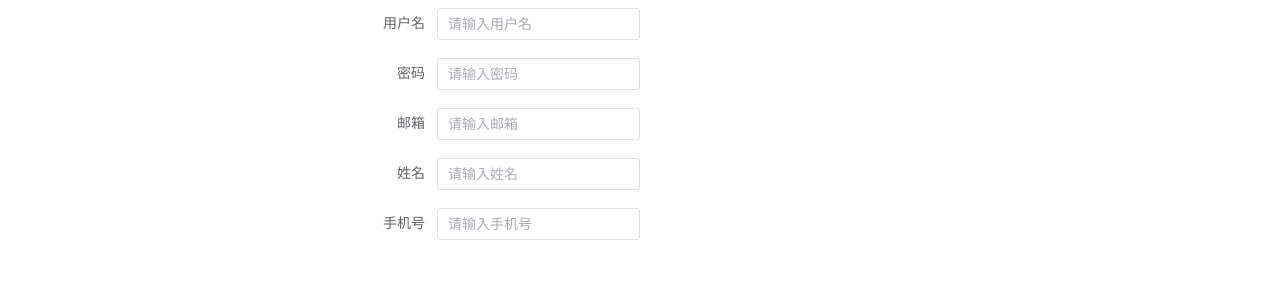
Repository: Mickey1216/yzkj_login_demo
Page: /register
The author's editor kept a copy of each file at every save. The page is drawn from the files as they stood at one save, then again after a run of saves.
The browser window is 1280 px wide. The pictures show the whole page.
The project was rebuilt for these pictures with package versions that can differ from the ones it lists, and the page was loaded fresh each time. Also part of the build but not shown: vite.config.js, src/views/Login.vue.

Above is the page before, as saved 2023-07-04 14:49:35.

### src/main.js
import './assets/main.css'
import { createApp } from 'vue'
import App from './App.vue'
import router from './router'
import ElementPlus from 'element-plus'
import 'element-plus/dist/index.css'

const app = createApp(App)
app.use(router)
app.use(ElementPlus)
app.mount('#app')

### src/assets/main.css
#app {
  max-width: 1280px;
  margin: 0 auto;
  padding: 2rem;

  font-weight: normal;
}

a,
.green {
  text-decoration: none;
  color: hsla(160, 100%, 37%, 1);
  transition: 0.4s;
}

@media (hover: hover) {
  a:hover {
    background-color: hsla(160, 100%, 37%, 0.2);
  }
}

@media (min-width: 1024px) {
  body {
    display: flex;
    place-items: center;
  }

  #app {
    display: grid;
    grid-template-columns: 1fr 1fr;
    padding: 0 2rem;
  }
}

### src/App.vue
<template>
  <div class="ct">
    <routerView/>
  </div>
</template>

<script setup>

</script>

<style scoped>

</style>

### src/router/index.js
import { createRouter, createWebHistory } from 'vue-router'
import RegisterView from '../views/Register.vue'
import LoginView from '../views/Login.vue'

const router = createRouter({
  history: createWebHistory(import.meta.env.BASE_URL),
  routes: [
    {
      path: '/register',
      name: 'home',
      component: RegisterView
    },
    {
      path: '/login',
      name: 'login',
      component: LoginView
    }
  ]
})

export default router

### src/views/Register.vue
<template>
  <el-form :model="form" label-width="120px" style="border:">
    <el-form-item label="用户名">
      <el-input placeholder="请输入用户名" v-model="form.name"/>
    </el-form-item>
    <el-form-item label="密码">
      <el-input placeholder="请输入密码" v-model="form.password"/>
    </el-form-item>
    <el-form-item label="邮箱">
      <el-input placeholder="请输入邮箱" v-model="form.email"/>
    </el-form-item>
    <el-form-item label="姓名">
      <el-input placeholder="请输入姓名" v-model="form.name"/>
    </el-form-item>
    <el-form-item label="手机号">
      <el-input placeholder="请输入手机号" v-model="form.phone"/>
    </el-form-item>
  </el-form>
</template>

<script setup>
import { reactive } from 'vue'

const form = reactive({
  name: '',
  password: '',
  email: '',
  name: '',
  phone: '',

})
</script>

<style scoped>

</style>

Loaded but not shown: index.html (common file)

After the next 2 saves:
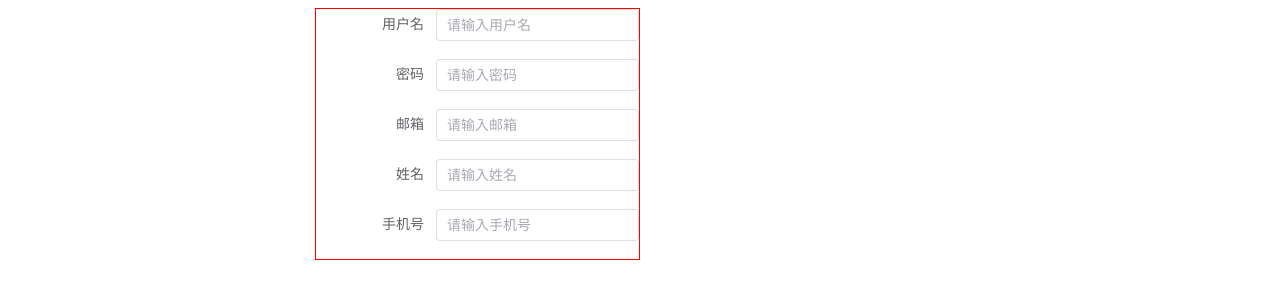
The 2 saves are shown as one change because they came seconds apart.
The last was saved 7 s later.
--- a/src/views/Register.vue
+++ b/src/views/Register.vue
@@ -1,5 +1,5 @@
 <template>
-  <el-form :model="form" label-width="120px" style="border:">
+  <el-form :model="form" label-width="120px" style="border:1px solid red;">
     <el-form-item label="用户名">
       <el-input placeholder="请输入用户名" v-model="form.name"/>
     </el-form-item>
